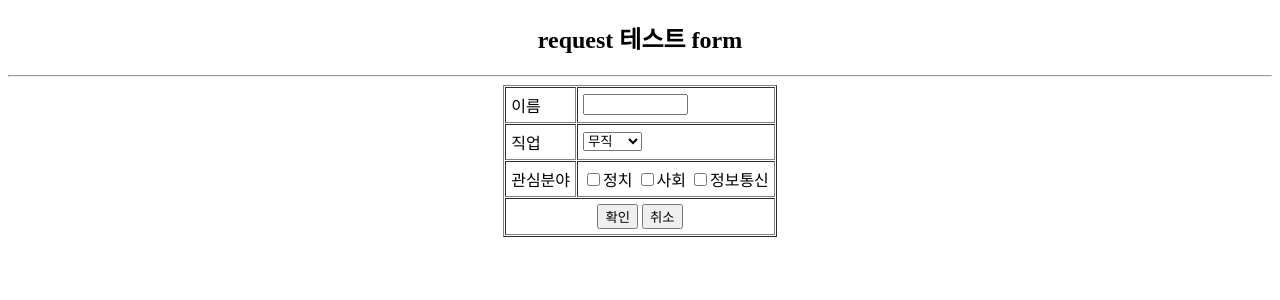
Repository: donggeonoh/My_Source
Page: JSP-Web Source/WebProgramming/WebContent/ch06/request_form.html
The author's editor kept a copy of each file at every save. The page is drawn from the files as they stood at one save, then again after the next save.
The browser window is 1280 px wide. The pictures show the whole page.

Above is the page before, as saved 2016-10-13 10:31:02.

### JSP-Web Source/WebProgramming/WebContent/ch06/request_form.html
<!DOCTYPE html>
<html>
<head>
<meta charset="EUC-KR">
<title>Request_form test</title>
<script>
	document.cookie = "test = OK."; //변수명 = 값
</script>
</head>
<body>
	<div align = "center">
		<H2>request 테스트 form</H2> <HR>

		<form action="form1" method="post" action = "request_result.jsp">
			<table border = "1" cellspacing = "1" cellpadding = "5">
				<tr> <td>이름</td>
				<td><input type = text size = 10 name = username></td>
				<tr> <td>직업</td>
				<td>
					<select name = job>
						<option selected>무직</option>
						<option>회사원</option>
						<option>전문직</option>
						<option>학생</option>
					</select>
				</td>
				<tr>

				<td>관심분야</td>
				<td>
					<input type = checkbox name = favorite value = "정치">정치
					<input type = checkbox name = favorite value = "사회">사회
					<input type = checkbox name = favorite value = "정보통신">정보통신

					<tr>
						<td colspan = 2 align = "center">
						<input type = submit value = "확인">
						<input type = reset value = "취소">
						</td>
					</tr>
			</table>
		</form>
	</div>
</body>
</html>

After the next save:
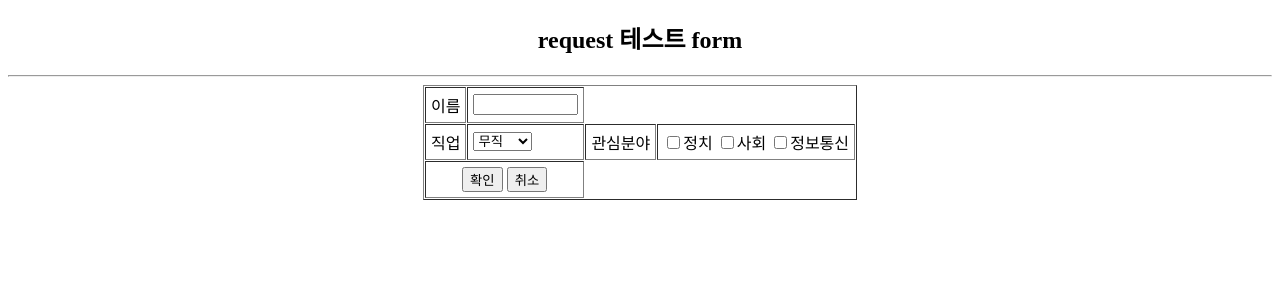
Saved 3 min 18 s later.
--- a/JSP-Web Source/WebProgramming/WebContent/ch06/request_form.html
+++ b/JSP-Web Source/WebProgramming/WebContent/ch06/request_form.html
@@ -24,7 +24,6 @@
 						<option>학생</option>
 					</select>
 				</td>
-				<tr>
 
 				<td>관심분야</td>
 				<td>
